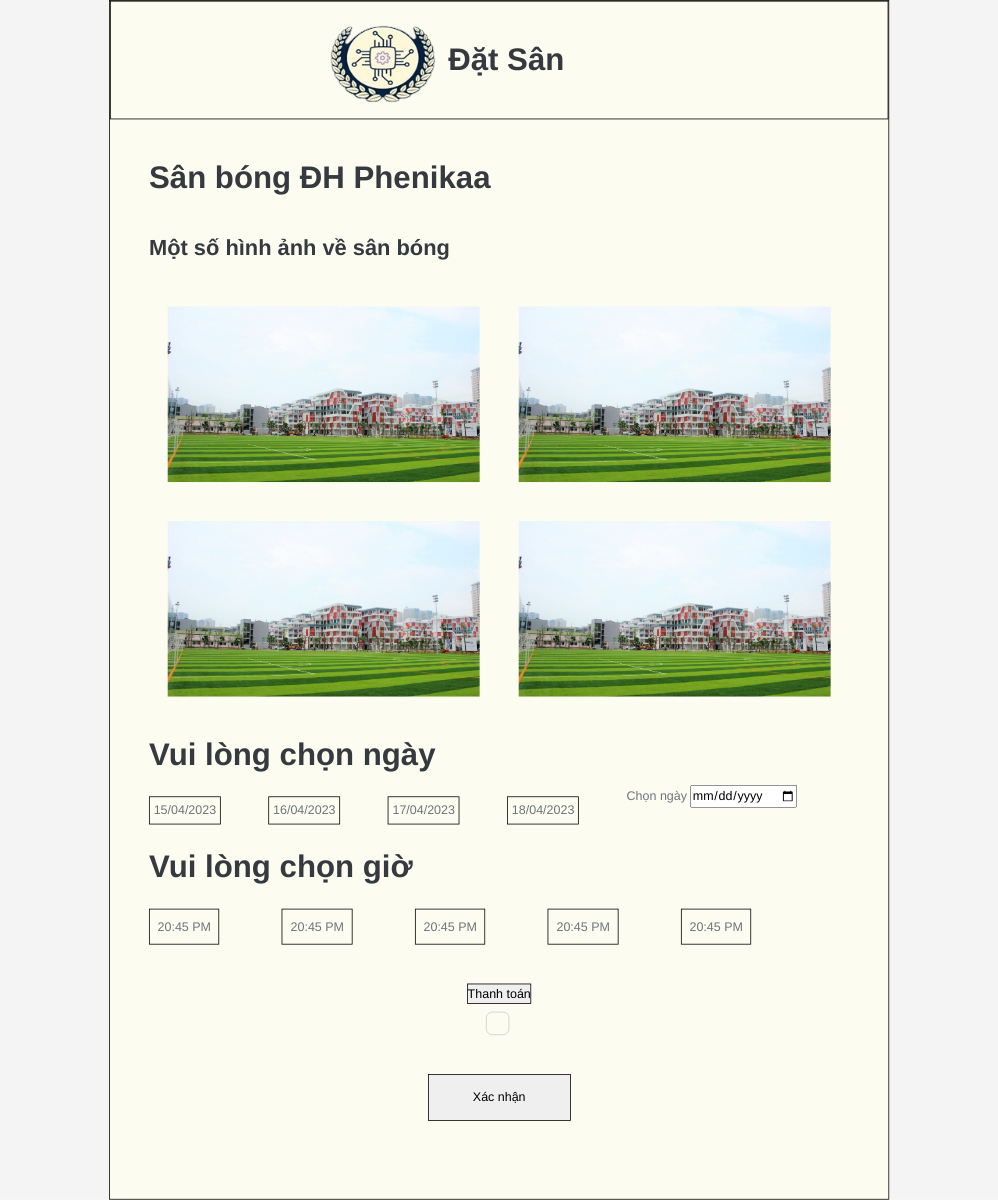
Repository: tus3300/BTL
Page: code/tacket.html
These files come from the project's save history. The page is drawn as it stood at one moment and after the next save; the edit follows.
The browser window is 1280 px wide. The pictures show the whole page, at 78% of full size.

Above is the page before, as saved 2023-05-20 23:59:30.

### code/tacket.html
<div class="tacket">
    <link href="css/style.css" rel="stylesheet">
    <link href="https://cdnjs.cloudflare.com/ajax/libs/font-awesome/5.15.0/css/all.min.css" rel="stylesheet">
    <link href="lib/owlcarousel/assets/owl.carousel.min.css" rel="stylesheet">
    <link rel="stylesheet" href="css/test.css">
    <link rel="preconnect" href="https://fonts.gstatic.com">
    <link href="https://fonts.googleapis.com/css2?family=Roboto:wght@300;400;500;700;900&display=swap" rel="stylesheet">
    <div class="head-tacket">
        <img src="./img/logo.png" alt="" class="">
        <h1 class="">Đặt Sân</h1>
    </div>
    <div id="toast"></div>
    <div class="main-tacket">
        <div class="head-main-tacket">
            <h1 class="">Sân bóng ĐH Phenikaa</h1>
            <h3 class="">Một số hình ảnh về sân bóng</h3>
            <div class="main-tacket-img">
                <img src="./img/news-500x280-4.jpg" alt="" class="">
                <img src="./img/news-500x280-4.jpg" alt="" class="">
                <img src="./img/news-500x280-4.jpg" alt="" class="">
                <img src="./img/news-500x280-4.jpg" alt="" class="">
            </div>
        </div>
        <div class="main-main-tacket">
            <div class="day-main-ticket">
                <h1 class="h1-main-tacket">Vui lòng chọn ngày</h1>
                <div class="round-ul">
                    <ul class="ul-day-tacket">
                        <li class="li-tacket">
                            <div class="item-tacket">
                                15/04/2023
                            </div>
                        </li>
                        <li class="li-tacket">
                            <div class="item-tacket">
                                16/04/2023
                            </div>
                        </li>
                        <li class="li-tacket">
                            <div class="item-tacket">
                                17/04/2023
                            </div>
                        </li>
                        <li class="li-tacket">
                            <div class="item-tacket">
                                18/04/2023
                            </div>
                        </li>

                        <div class="datepicker">
                            <label for="dateofbirth">Chọn ngày</label>
                            <input type="date" name="dateofbirth" id="dateofbirth">
                        </div>
                    </ul>
                </div>
            </div>

            <div class="hour-main-ticket">
                <h1 class="h1-main-tacket">Vui lòng chọn giờ</h1>
                <ul class="ul-hour-ticket">
                    <li class="li-hour-ticket">
                        <div class="hour-ticket">20:45 PM</div>
                    </li>
                    <li class="li-hour-ticket">
                        <div class="hour-ticket">20:45 PM</div>
                    </li>
                    <li class="li-hour-ticket">
                        <div class="hour-ticket">20:45 PM</div>
                    </li>
                    <li class="li-hour-ticket">
                        <div class="hour-ticket">20:45 PM</div>
                    </li>
                    <li class="li-hour-ticket">
                        <div class="hour-ticket">20:45 PM</div>
                    </li>
                </ul>
            </div>
        </div>
    </div>

    <div class="foot-ticket">
        <div class="bill-ticket">
           <div class=""></div> <button>Thanh toán</button>
        </div>
        <div class="check-bill">
            <style>
              .checkbox-style {
                display: inline-flex;
                align-items: center;
                gap: 10px;
                cursor: pointer;
                display: flex;
                justify-content: center;
                align-items: center;
                margin-top: 10px;
                margin-left: 5px;
              }
              .checkbox-label {
                cursor: pointer;
              }
              .checkbox-style input {
                display: none;
              }
              .checkbox-box {
                width: 30px;
                height: 30px;
                border: 1px solid #ccc;
                border-radius: 8px;
                padding: 5px;
                color: transparent;
                transition: all 0.2s linear;
              }
              .checkbox-input:checked + .checkbox-box {
                background-color: #6a5af9;
                border-color: #6a5af9;
                color: white;
              }
            </style>
            <label for="checkbox" class="checkbox-style">
              <input
                type="checkbox"
                name="evondev"
                id="checkbox"
                class="checkbox-input"
              />
              <div class="checkbox-box">
                <svg
                  xmlns="http://www.w3.org/2000/svg"
                  class="h-5 w-5"
                  viewBox="0 0 20 20"
                  fill="currentColor"
                >
                  <path
                    fill-rule="evenodd"
                    d="M16.707 5.293a1 1 0 010 1.414l-8 8a1 1 0 01-1.414 0l-4-4a1 1 0 011.414-1.414L8 12.586l7.293-7.293a1 1 0 011.414 0z"
                    clip-rule="evenodd"
                  />
                </svg>
              </div>
              <label for="checkbox" class="checkbox-label"></label>
            </label>
        </div>
        <div class="check-ticket">
          <a href="" class=""><button>Xác nhận</button></a>
        </div>
    </div>


  <script src="js/test.js"></script>
</div>
<script src="js/date.js"></script>

### code/css/test.css
* {
  padding: 0;
  margin: 0;
  box-sizing: border-box;
}

body {
  height: 100vh;
  display: flex;
  flex-direction: column;
  font-family: "Helvetica Neue";
  background-color: #f4f4f5;
}

body > div {
  margin: auto;
}

/* ======= Buttons ======== */

/* Block */
.btn {
  display: inline-block;
  text-decoration: none;
  background-color: transparent;
  border: none;
  outline: none;
  color: #fff;
  padding: 12px 48px;
  border-radius: 50px;
  cursor: pointer;
  min-width: 120px;
  transition: opacity 0.2s ease;
}

/* Modifier */
.btn--size-l {
  padding: 16px 56px;
}

.btn--size-s {
  padding: 8px 32px;
}

.btn:hover {
  opacity: 0.8;
}

.btn + .btn {
  margin-left: 16px;
}

.btn--success {
  background-color: #71be34;
}

.btn--warn {
  background-color: #ffb702;
}

.btn--danger {
  background-color: #ff623d;
}

.btn--disabled {
  opacity: 0.5 !important;
  cursor: default;
}

/* ======= Toast message ======== */

#toast {
  position: fixed;
  top: 32px;
  right: 32px;
  z-index: 999999;
}

.toast {
  display: flex;
  align-items: center;
  background-color: #fff;
  border-radius: 2px;
  padding: 20px 0;
  min-width: 400px;
  max-width: 450px;
  border-left: 4px solid;
  box-shadow: 0 5px 8px rgba(0, 0, 0, 0.08);
  transition: all linear 0.3s;
}

@keyframes slideInLeft {
  from {
    opacity: 0;
    transform: translateX(calc(100% + 32px));
  }
  to {
    opacity: 1;
    transform: translateX(0);
  }
}

@keyframes fadeOut {
  to {
    opacity: 0;
  }
}

.toast--success {
  border-color: #47d864;
}

.toast--success .toast__icon {
  color: #47d864;
}

.toast--info {
  border-color: #2f86eb;
}

.toast--info .toast__icon {
  color: #2f86eb;
}

.toast--warning {
  border-color: #ffc021;
}

.toast--warning .toast__icon {
  color: #ffc021;
}

.toast--error {
  border-color: #ff623d;
}

.toast--error .toast__icon {
  color: #ff623d;
}

.toast + .toast {
  margin-top: 24px;
}

.toast__icon {
  font-size: 24px;
}

.toast__icon,
.toast__close {
  padding: 0 16px;
}

.toast__body {
  flex-grow: 1;
}

.toast__title {
  font-size: 16px;
  font-weight: 600;
  color: #333;
}

.toast__msg {
  font-size: 14px;
  color: #888;
  margin-top: 6px;
  line-height: 1.5;
}

.toast__close {
  font-size: 20px;
  color: rgba(0, 0, 0, 0.3);
  cursor: pointer;
}

### code/js/test.js

  // Toast function
function toast({ title = "", message = "", type = "info", duration = 3000 }) {
  const main = document.getElementById("toast");
  if (main) {
    const toast = document.createElement("div");

    // Auto remove toast
    const autoRemoveId = setTimeout(function () {
      main.removeChild(toast);
    }, duration + 1000);

    // Remove toast when clicked
    toast.onclick = function (e) {
      if (e.target.closest(".toast__close")) {
        main.removeChild(toast);
        clearTimeout(autoRemoveId);
      }
    };

    const icons = {
      success: "fas fa-check-circle",
      info: "fas fa-info-circle",
      warning: "fas fa-exclamation-circle",
      error: "fas fa-exclamation-circle"
    };
    const icon = icons[type];
    const delay = (duration / 1000).toFixed(2);

    toast.classList.add("toast", `toast--${type}`);
    toast.style.animation = `slideInLeft ease .3s, fadeOut linear 1s ${delay}s forwards`;

    toast.innerHTML = `
                    <div class="toast__icon">
                        <i class="${icon}"></i>
                    </div>
                    <div class="toast__body">
                        <h3 class="toast__title">${title}</h3>
                        <p class="toast__msg">${message}</p>
                    </div>
                    <div class="toast__close">
                        <i class="fas fa-times"></i>
                    </div>
                `;
    main.appendChild(toast);
  }
}
function showSuccessToast() {
  toast({
    title: "Thành công!",
    message: "Bạn đã đăng ký thành công tài khoản tại F8.",
    type: "success",
    duration: 5000
  });
}

function showErrorToast() {
  toast({
    title: "Thất bại!",
    message: "Có lỗi xảy ra, vui lòng liên hệ quản trị viên.",
    type: "error",
    duration: 5000
  });
}

### code/js/date.js
const itemTacket = document.querySelectorAll('.item-tacket');

itemTacket.forEach((item) => {
    item.addEventListener("click" ,function(event){
        itemTacket.forEach((el) => el.classList.remove('active'));
        event.target.classList.add('active')
    })
})


const hourticket = document.querySelectorAll('.hour-ticket');

hourticket.forEach((item) => {
    item.addEventListener("click" ,function(event){
        hourticket.forEach((el) => el.classList.remove('active'));
        event.target.classList.add('active')
    })
})

Loaded but not shown: code/css/style.css (library); code/lib/owlcarousel/assets/owl.carousel.min.css (common file)

After the next save:
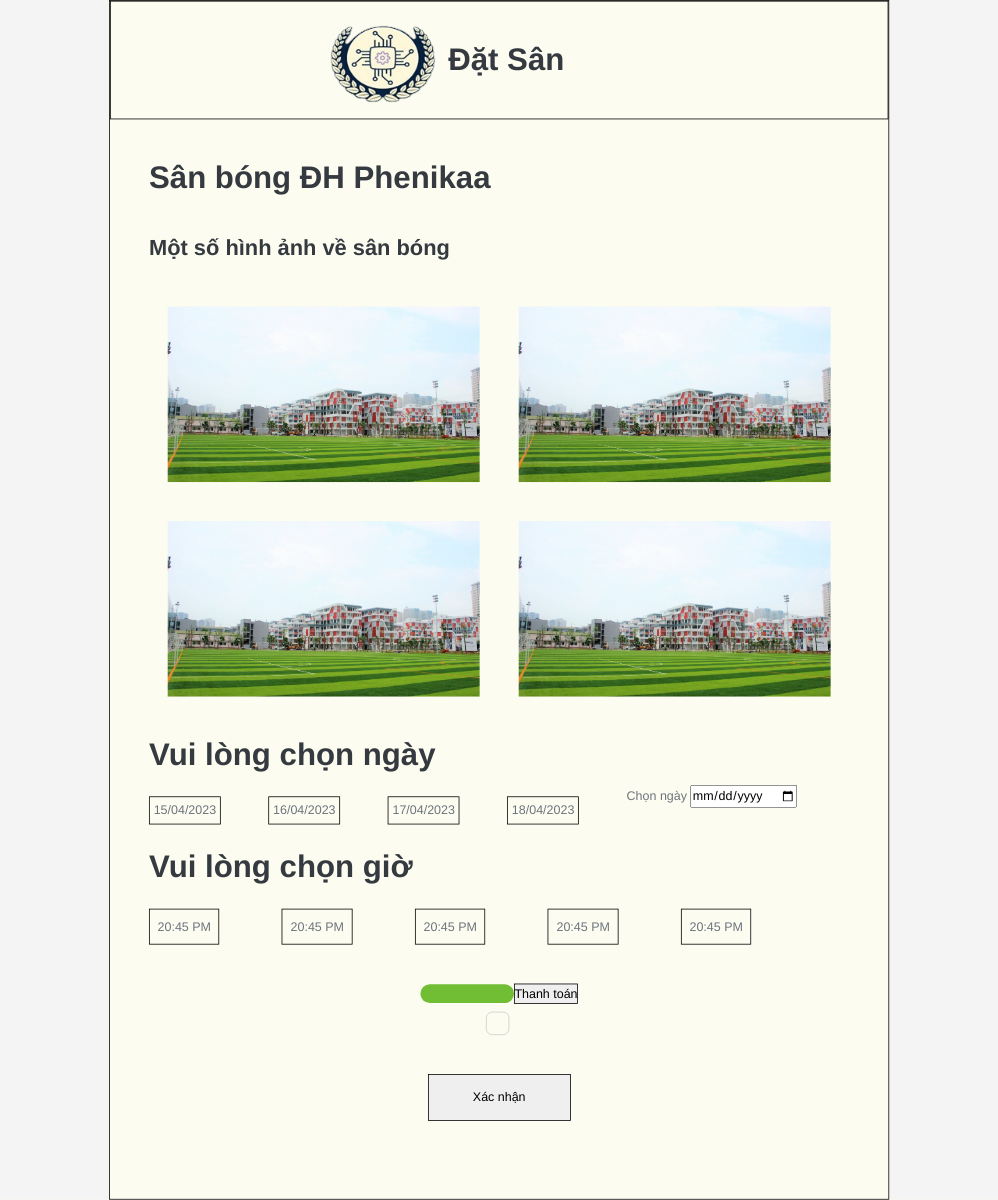
Saved 6 s later.
--- a/code/tacket.html
+++ b/code/tacket.html
@@ -80,7 +80,7 @@
 
     <div class="foot-ticket">
         <div class="bill-ticket">
-           <div class=""></div> <button>Thanh toán</button>
+           <div onclick="showSuccessToast();" class="btn btn--success"></div> <button>Thanh toán</button>
         </div>
         <div class="check-bill">
             <style>
